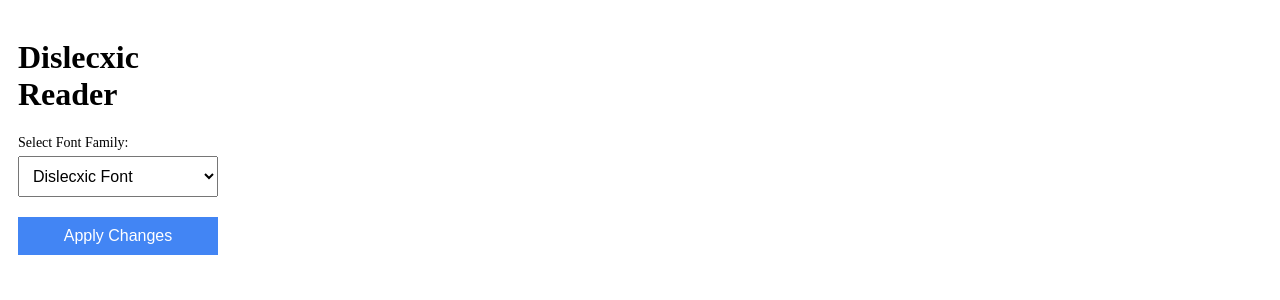
Repository: adatechschool/extension-navigateur-extension_walid_eliana_imelda
Page: Extention 3/popup.html
These files come from the project's save history. The page is drawn as it stood at one moment and after the next save; the edit follows.
The browser window is 1280 px wide. The pictures show the whole page.

Above is the page before, as saved 2024-01-12 15:42:53.

### Extention 3/popup.html
<!-- popup.html -->
<!DOCTYPE html>
<html>
<head>
  <link rel="stylesheet" type="text/css" href="popup.css">
  <script type="module" src="popup.js"></script>

  <link rel="preconnect" href="https://fonts.googleapis.com">
<link rel="preconnect" href="https://fonts.gstatic.com" crossorigin>
<link href="https://fonts.googleapis.com/css2?family=Montserrat:wght@400;700&display=swap" rel="stylesheet">

</head>
<body>
    <h1> Dislecxic Reader </h1>
  <label for="font-family">Select Font Family:</label>

  <select id="font-family">

    <option value="Montserrat">Dislecxic Font</option>

    <option value="Arial"> Lettres en Gras</option>

    <option value="Courier New"> Le deux</option>
    <!-- Add more font options as needed -->
  </select>

  <button id="apply-button">Apply Changes</button>
</body>
</html>

### Extention 3/popup.css
body {
    width: 200px;
    padding: 10px;
  }

  label {
    display: block;
    margin-bottom: 5px;
    font-size: 14px;
  }

  select, button {
    width: 100%;
    margin-bottom: 20px;
    padding: 10px;
    font-size: 16px;
  }

  button {
    background-color: #4285f4;
    color: white;
    border: 5px;
    cursor: pointer;
  }

  button:hover {
    background-color: #357ae8;
  }

### Extention 3/popup.js
document.addEventListener('DOMContentLoaded', function() {
    var applyButton = document.getElementById('apply-button');
    var fontFamilySelect = document.getElementById('font-family');

    applyButton.addEventListener('click', function() {
      var selectedFontFamily = fontFamilySelect.value;
      chrome.tabs.query({ active: true, currentWindow: true }, function(tabs) {
        chrome.tabs.sendMessage(tabs[0].id, { action: 'applyChanges', selectedFontFamily: selectedFontFamily });
      });
    });
  });

After the next save:
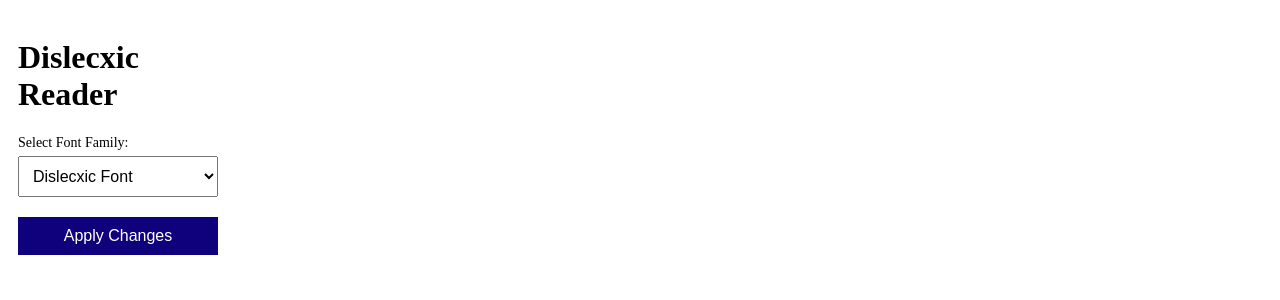
Saved 9 min 24 s later.
--- a/Extention 3/popup.css
+++ b/Extention 3/popup.css
@@ -17,7 +17,7 @@ body {
   }
 
   button {
-    background-color: #4285f4;
+    background-color: #0f007c;
     color: white;
     border: 5px;
     cursor: pointer;
